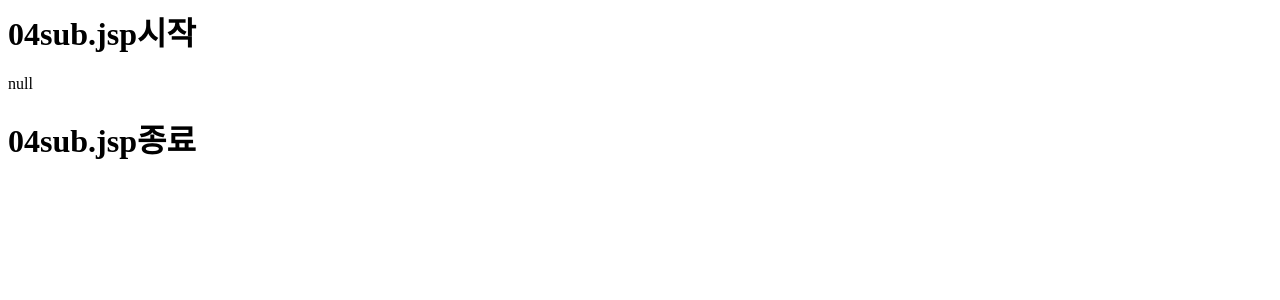
Repository: JJinBBangg/JSP
Page: http://localhost/jsp/ch05/lecture/01object/04sub.jsp
The author's editor kept a copy of each file at every save. The page is drawn from the files as they stood at one save, then again after the next save.
The browser window is 1280 px wide. The pictures show the whole page.
The page is served by Tomcat 9. Other server files are loaded and not shown.

Above is the page before, as saved 2023-03-31 05:28:20.

### jsp/src/main/webapp/ch05/lecture/01object/04sub.jsp
<%@ page language="java" contentType="text/html; charset=UTF-8"
    pageEncoding="UTF-8"%>
<%@ page import="java.util.*"%>
<%
Object i = pageContext.getAttribute("attr1");
%>
<h1>04sub.jsp시작</h1>
<%=i %>
<h1>04sub.jsp종료</h1>

After the next save:
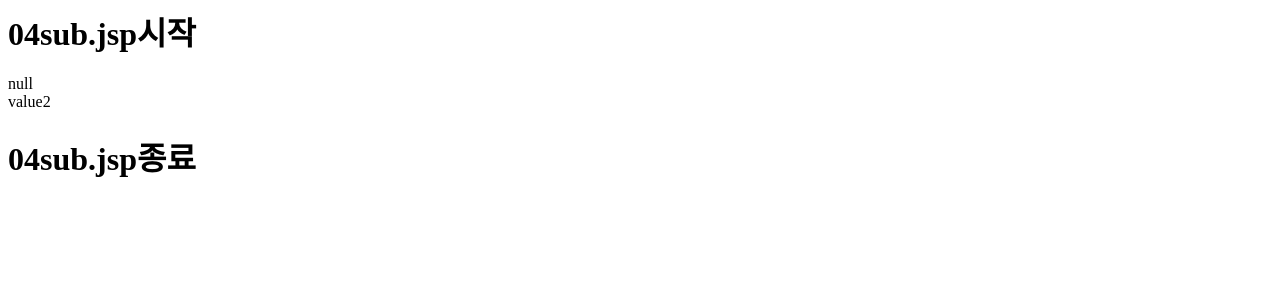
Saved 62 s later.
--- a/jsp/src/main/webapp/ch05/lecture/01object/04sub.jsp
+++ b/jsp/src/main/webapp/ch05/lecture/01object/04sub.jsp
@@ -3,7 +3,12 @@
 <%@ page import="java.util.*"%>
 <%
 Object i = pageContext.getAttribute("attr1");
+
+pageContext.setAttribute("attr2", "value2");
 %>
 <h1>04sub.jsp시작</h1>
+<div>
 <%=i %>
+</div>
+<%=pageContext.getAttribute("attr2") %>
 <h1>04sub.jsp종료</h1>
